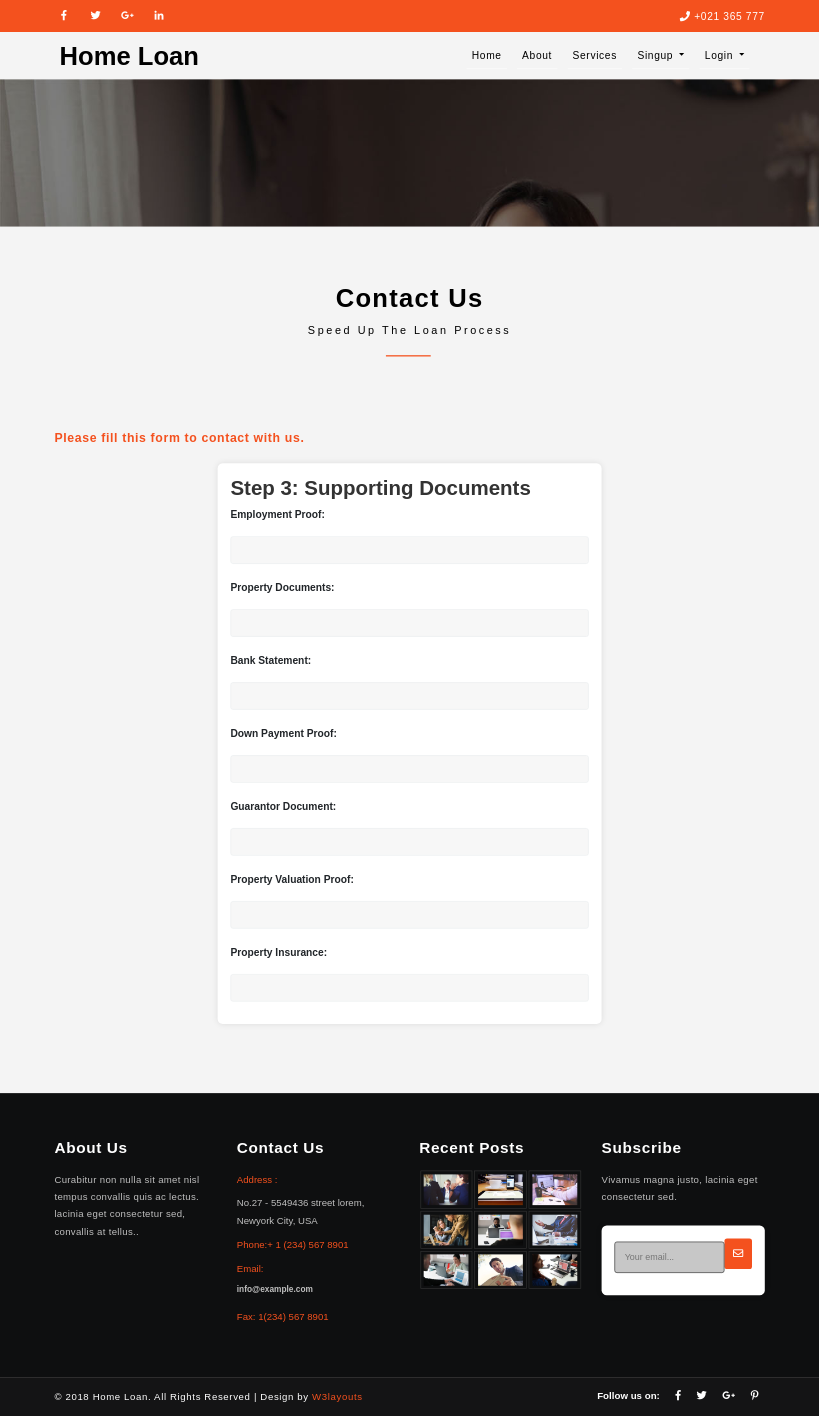
Repository: 72-faisal/Spring-MVC-project
Page: http://localhost/HomeLoan/WEB-INF/views/UserFormForLoanOnline3.jsp
These files come from the project's save history. The page is drawn as it stood at one moment and after the next save; the edit follows.
The browser window is 1280 px wide. The pictures show the whole page, at 64% of full size.
Some web fonts or font styles are not loaded; a fallback is used. The page is served by Tomcat 9. Nobody is signed in. Other server files are loaded and not shown. The template is opened directly, without the code that normally fills it, so the values that code supplies are empty.

Above is the page before, as saved 2023-12-29 11:54:17.

### HomeLoan/src/main/webapp/WEB-INF/views/UserFormForLoanOnline3.jsp
<%@ page language="java" contentType="text/html; charset=ISO-8859-1"
	pageEncoding="ISO-8859-1"%>

<!--
Author: W3layouts
Author URL: http://w3layouts.com
License: Creative Commons Attribution 3.0 Unported
License URL: http://creativecommons.org/licenses/by/3.0/
-->
<!DOCTYPE HTML>
<html lang="zxx">

<head>
<title>Home Loan a Banking Category Flat Bootstrap Responsive
	Website Template | Contact :: w3layouts</title>
<meta name="viewport" content="width=device-width, initial-scale=1">
<meta charset="utf-8">
<meta name="keywords"
	content="Home Loan Responsive web template, Bootstrap Web Templates, Flat Web Templates, Android Compatible web template,
SmartPhone Compatible web template, free WebDesigns for Nokia, Samsung, LG, SonyEricsson, Motorola web design" />
<script>
	addEventListener("load", function() {
		setTimeout(hideURLbar, 0);
	}, false);

	function hideURLbar() {
		window.scrollTo(0, 1);
	}
</script>

<!-- Bootstrap Core CSS -->
<link href="<%=request.getContextPath()%>/resources/css/bootstrap.css"
	rel='stylesheet' type='text/css' />
<link href="<%=request.getContextPath()%>/resources/css/style.css"
	rel='stylesheet' type='text/css' />
<!-- font-awesome icons -->
<link
	href="<%=request.getContextPath()%>/resources/css/fontawesome-all.min.css"
	rel="stylesheet">
<!-- //Custom Theme files -->
<!-- online fonts -->
<!-- titles -->
<link
	href="//fonts.googleapis.com/css?family=Raleway:300,400,500,600,700,800,900"
	rel="stylesheet">
<!-- body -->
<link
	href="//fonts.googleapis.com/css?family=Poppins:400,500,600,700,800"
	rel="stylesheet">
<style type="text/css">
body {
	font-family: 'Arial', sans-serif;
	background-color: #f4f4f4;
	margin: 0;
	padding: 0;
}

form {
	background-color: #fff;
	max-width: 600px;
	margin: 20px auto;
	padding: 20px;
	border-radius: 8px;
	box-shadow: 0 0 10px rgba(0, 0, 0, 0.1);
}

h2 {
	color: #333;
}

label {
	display: block;
	margin-top: 10px;
	font-weight: bold;
}

input {
	width: 100%;
	padding: 10px;
	margin-top: 5px;
	margin-bottom: 15px;
	box-sizing: border-box;
	border: 1px solid #ccc;
	border-radius: 4px;
}

button {
	background-color: #007bff;
	color: #fff;
	border: none;
	padding: 10px 20px;
	border-radius: 4px;
	cursor: pointer;
}

button:hover {
	background-color: #0056b3;
}

/* Style for each step/page */
#step1, #step2, #step3 {
	display: none;
}

/* Common styling for steps */
#step1 h2, #step2 h2, #step3 h2 {
	color: #333;
	border-bottom: 2px solid #ccc;
	padding-bottom: 10px;
	margin-bottom: 20px;
}

/* Responsive styling for small screens */
@media ( max-width : 600px) {
	form {
		margin: 10px;
		padding: 15px;
	}
}
</style>
</head>

<body>

	<!-- header -->
	<header>
		<div class="top">
			<div class="container">
				<div class="t-op row">
					<div class="col-sm-6 top-middle">
						<ul>
							<li><a href="#"><i class="fab fa-facebook-f"></i></a></li>
							<li><a href="#"><i class="fab fa-twitter"></i></a></li>
							<li><a href="#"><i class="fab fa-google-plus-g"></i></a></li>
							<li><a href="#"><i class="fab fa-linkedin-in"></i></a></li>
						</ul>
					</div>
					<div class="col-sm-6 top-left">
						<ul>
							<li><i class="fas fa-phone"></i> +021 365 777</li>
						</ul>
					</div>
				</div>
			</div>
		</div>
		<div class="container">
			<nav class="navbar navbar-expand-lg navbar-light">
				<h1>
					<a class="navbar-brand text-capitalize" href=index> Home Loan </a>
				</h1>
				<button class="navbar-toggler" type="button" data-toggle="collapse"
					data-target="#navbarSupportedContent"
					aria-controls="navbarSupportedContent" aria-expanded="false"
					aria-label="Toggle navigation">
					<span class="navbar-toggler-icon"></span>
				</button>

				<div class="collapse navbar-collapse" id="navbarSupportedContent">
					<ul class="navbar-nav text-center  ml-lg-auto">
						<li class="nav-item mr-3"><a class="nav-link" href=index>Home
								<span class="sr-only">(current)</span>
						</a></li>
						<li class="nav-item  mr-3"><a class="nav-link" href="about">About</a>
						</li>
						<li class="nav-item  mr-3"><a class="nav-link"
							href="services">Services</a></li>
						<li class="nav-item dropdown mr-3"><a
							class="nav-link dropdown-toggle" href="#" id="navbarDropdown"
							role="button" data-toggle="dropdown" aria-haspopup="true"
							aria-expanded="false"> Singup </a>
							<div class="dropdown-menu" aria-labelledby="navbarDropdown">
								<a class="dropdown-item" href="UserRegister">Register</a>
								<!-- <a class="dropdown-item" href="gallery">Gallery</a> -->
							</div></li>
						<li class="nav-item dropdown mr-3"><a
							class="nav-link dropdown-toggle" href="#" id="navbarDropdown"
							role="button" data-toggle="dropdown" aria-haspopup="true"
							aria-expanded="false"> Login </a>
							<div class="dropdown-menu" aria-labelledby="navbarDropdown">
								<a class="dropdown-item" href="UserLogin">Login</a>
								<!-- <a class="dropdown-item" href="gallery">Gallery</a> -->
							</div></li>
						<!-- 	<li class="nav-item active"><a class="nav-link"
							href="contact">contact</a></li> -->
					</ul>
				</div>
			</nav>
		</div>
	</header>
	<!-- //header -->
	<!-- banner -->
	<section class="banner-1"></section>
	<!-- //banner -->
	<!--/contact-->
	<section class="contact py-5">
		<div class="container py-md-4 mt-md-3">
			<h2 class="heading-agileinfo">
				Contact Us<span>Speed Up The Loan Process</span>
			</h2>
			<span class="w3-line black"></span>
			<div class="inner-sec-w3layouts-agileinfo mt-md-5 pt-5">

				<div class="contact_grid_right mt-5">
					<h6>Please fill this form to contact with us.</h6>
					<form action="UploadDocuments" method="post"
						enctype="multipart/form-data">
						<!-- Step 3: Supporting Documents -->
						<h2>Step 3: Supporting Documents</h2>
						<label for="emp_proof">Employment Proof:</label> <input
							type="text" id="emp_proof" name="emp_proof" required> <label
							for="property_documents">Property Documents:</label> <input
							type="text" id="property_documents" name="property_documents"
							required> <label for="bank_statment">Bank
							Statement:</label> <input type="text" id="bank_statment"
							name="bank_statment" required> <label for="dp_proof">Down
							Payment Proof:</label> <input type="text" id="dp_proof" name="dp_proof"
							required> <label for="guarantor_document">Guarantor
							Document:</label> <input type="text" id="guarantor_document"
							name="guarantor_document" required> <label
							for="property_valuation_proof">Property Valuation Proof:</label>
						<input type="text" id="property_valuation_proof"
							name="property_valuation_proof" required> <label
							for="property_insurance">Property Insurance:</label> <input
							type="text" id="property_insurance" name="property_insurance"
							required>

					</form>
				</div>
			</div>
		</div>
	</section>
	<!--//contact-->
	<!--footer-->
	<footer>
		<div class="container py-md-4 mt-md-3">
			<div class="row footer-top-w3layouts-agile py-5">
				<div class="col-lg-3 col-md-6 col-sm-6 footer-grid">
					<div class="footer-title">
						<h3>About Us</h3>
					</div>
					<div class="footer-text">
						<p>Curabitur non nulla sit amet nisl tempus convallis quis ac
							lectus. lacinia eget consectetur sed, convallis at tellus..</p>

					</div>
				</div>
				<div class="col-lg-3 col-md-6 col-sm-6 footer-grid">
					<div class="footer-title">
						<h3>Contact Us</h3>
					</div>
					<div class="footer-office-hour">
						<ul>
							<li class="hd">Address :</li>
							<li>No.27 - 5549436 street lorem, Newyork City, USA</li>

						</ul>
						<ul>
							<li class="hd">Phone:+ 1 (234) 567 8901</li>
							<li class="hd">Email: <a href="mailto:info@example.com">info@example.com</a>
							</li>
							<li class="hd">Fax: 1(234) 567 8901</li>
						</ul>
					</div>
				</div>
				<div class="col-lg-3 col-md-6 col-sm-6 footer-grid">
					<div class="footer-title">
						<h3>Recent Posts</h3>
					</div>
					<div class="footer-list">
						<div class="flickr-grid">
							<a href="#" data-toggle="modal" data-target="#myModal"> <img
								src="<%=request.getContextPath()%>/resources/images/g1.jpg"
								class="img-fluid" alt=" ">
							</a>
						</div>
						<div class="flickr-grid">
							<a href="#" data-toggle="modal" data-target="#myModal"> <img
								src="<%=request.getContextPath()%>/resources/images/g2.jpg"
								class="img-fluid" alt=" ">
							</a>
						</div>
						<div class="flickr-grid">
							<a href="#" data-toggle="modal" data-target="#myModal"> <img
								src="<%=request.getContextPath()%>/resources/images/g3.jpg"
								class="img-fluid" alt=" ">
							</a>
						</div>
						<div class="flickr-grid">
							<a href="#" data-toggle="modal" data-target="#myModal"> <img
								src="<%=request.getContextPath()%>/resources/images/g4.jpg"
								class="img-fluid" alt=" ">
							</a>
						</div>
						<div class="flickr-grid">
							<a href="#" data-toggle="modal" data-target="#myModal"> <img
								src="<%=request.getContextPath()%>/resources/images/g5.jpg"
								class="img-fluid" alt=" ">
							</a>
						</div>
						<div class="flickr-grid">
							<a href="#" data-toggle="modal" data-target="#myModal"> <img
								src="<%=request.getContextPath()%>/resources/images/g6.jpg"
								class="img-fluid" alt=" ">
							</a>
						</div>
						<div class="flickr-grid">
							<a href="#" data-toggle="modal" data-target="#myModal"> <img
								src="<%=request.getContextPath()%>/resources/images/g7.jpg"
								class="img-fluid" alt=" ">
							</a>
						</div>
						<div class="flickr-grid">
							<a href="#" data-toggle="modal" data-target="#myModal"> <img
								src="<%=request.getContextPath()%>/resources/images/g9.jpg"
								class="img-fluid" alt=" ">
							</a>
						</div>
						<div class="flickr-grid">
							<a href="#" data-toggle="modal" data-target="#myModal"> <img
								src="<%=request.getContextPath()%>/resources/images/g8.jpg"
								class="img-fluid" alt=" ">
							</a>
						</div>
						<div class="clearfix"></div>
					</div>
				</div>
				<div class="col-lg-3 col-md-6 col-sm-6 footer-grid">
					<div class="footer-title">
						<h3>Subscribe</h3>
					</div>
					<p>Vivamus magna justo, lacinia eget consectetur sed.</p>
					<form action="#" method="post" class="newsletter">
						<input class="email" type="email" placeholder="Your email..."
							required="">
						<button class="btn1">
							<i class="far fa-envelope"></i>
						</button>
					</form>
					<div class="clearfix"></div>
				</div>
			</div>
		</div>
	</footer>
	<!---->
	<div class="copyright py-3">
		<div class="container">
			<div class="copyrighttop">
				<ul>
					<li>
						<h4>Follow us on:</h4>
					</li>
					<li><a class="facebook" href="#"> <i
							class="fab fa-facebook-f"></i>
					</a></li>
					<li><a class="facebook" href="#"> <i
							class="fab fa-twitter"></i>
					</a></li>
					<li><a class="facebook" href="#"> <i
							class="fab fa-google-plus-g"></i>
					</a></li>
					<li><a class="facebook" href="#"> <i
							class="fab fa-pinterest-p"></i>
					</a></li>
				</ul>
			</div>
			<div class="copyrightbottom">
				<p>
					© 2018 Home Loan. All Rights Reserved | Design by <a
						href="http://w3layouts.com/">W3layouts</a>
				</p>
			</div>
			<div class="clearfix"></div>
		</div>
	</div>
	<!-- Modal -->
	<div class="modal fade" id="myModal" tabindex="-1" role="dialog"
		aria-labelledby="exampleModalCenterTitle" aria-hidden="true">
		<div class="modal-dialog modal-dialog-centered" role="document">
			<div class="modal-content">
				<div class="modal-header">
					<h4 class="modal-title">Home Loan</h4>
					<button type="button" class="close" data-dismiss="modal"
						aria-label="Close">
						<span aria-hidden="true">&times;</span>
					</button>
				</div>
				<div class="modal-body">
					<div class="agileits-w3layouts-info">
						<img src="<%=request.getContextPath()%>/resources/images/g6.jpg"
							class="img-fluid" alt="" />
						<p>Duis venenatis, turpis eu bibendum porttitor, sapien quam
							ultricies tellus, ac rhoncus risus odio eget nunc. Pellentesque
							ac fermentum diam. Integer eu facilisis nunc, a iaculis felis.
							Pellentesque pellentesque tempor enim, in dapibus turpis
							porttitor quis.</p>
					</div>
				</div>
				<div class="modal-footer">
					<button type="button" class="btn btn-secondary"
						data-dismiss="modal">Close</button>
					<button type="button" class="btn btn-primary">Save changes</button>
				</div>
			</div>
		</div>
	</div>
	<!-- //Modal -->
	<!-- js-->
	<script
		src="<%=request.getContextPath()%>/resources/js/jquery-2.2.3.min.js"></script>
	<!-- js-->
	<!-- Bootstrap Core JavaScript -->
	<script src="<%=request.getContextPath()%>/resources/js/bootstrap.js ">

	</script>
	<!-- //Bootstrap Core JavaScript -->
</body>
</html>

Loaded but not shown: HomeLoan/src/main/webapp/WEB-INF/resources/assets/css/bootstrap.css (library); HomeLoan/src/main/webapp/WEB-INF/resources/assets/css/fontawesome-all.min.css (library); HomeLoan/src/main/webapp/WEB-INF/resources/assets/js/jquery-2.2.3.min.js (library); HomeLoan/src/main/webapp/WEB-INF/resources/assets/js/bootstrap.js (library); HomeLoan/src/main/webapp/WEB-INF/resources/assets/css/style.css (2094 lines, source omitted)

After the next save:
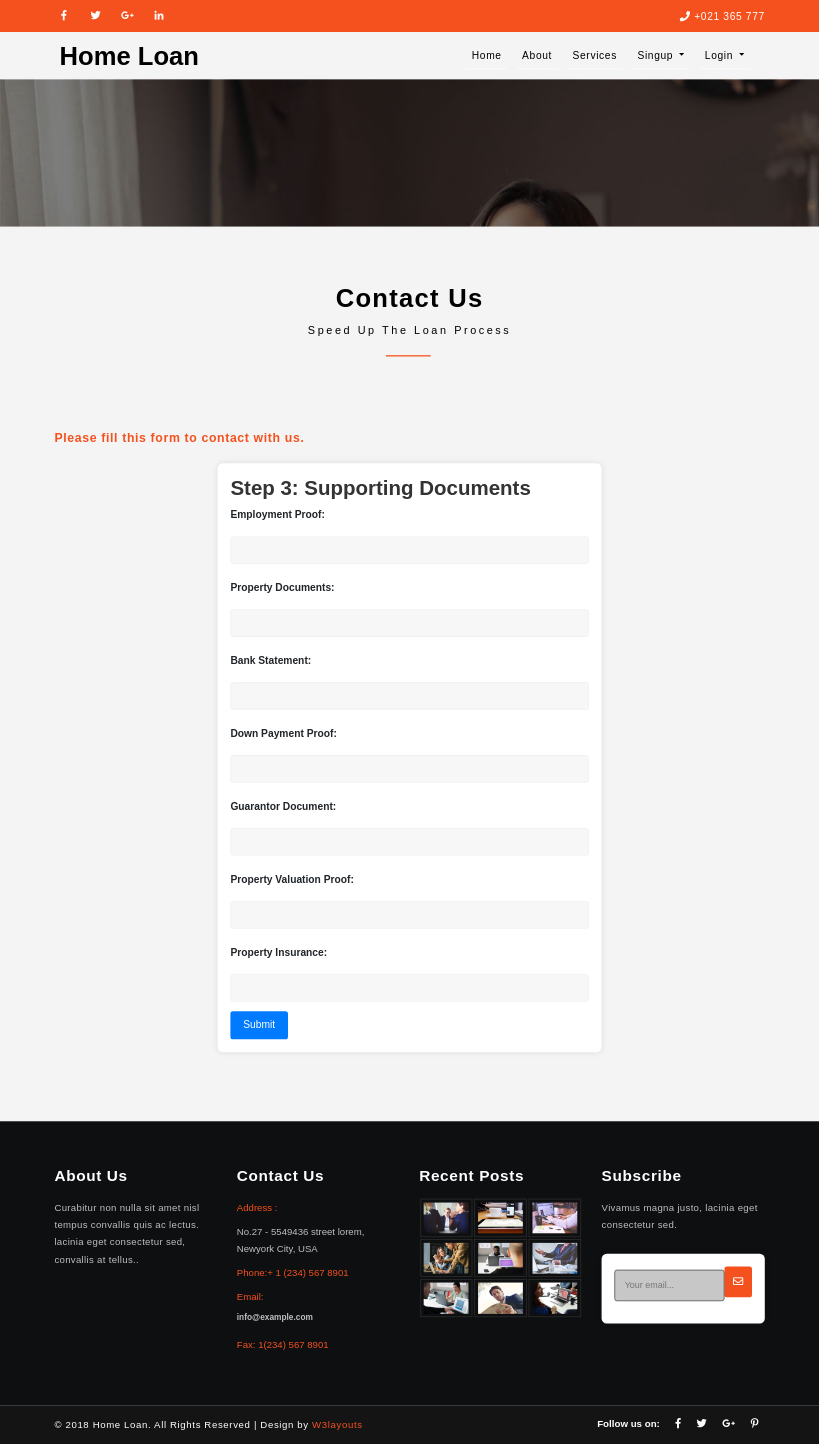
Saved 28 s later.
--- a/HomeLoan/src/main/webapp/WEB-INF/views/UserFormForLoanOnline3.jsp
+++ b/HomeLoan/src/main/webapp/WEB-INF/views/UserFormForLoanOnline3.jsp
@@ -223,6 +223,11 @@ button:hover {
 							for="property_insurance">Property Insurance:</label> <input
 							type="text" id="property_insurance" name="property_insurance"
 							required>
+							 <button type="submit">Submit</button>
+    </div>
+
+    <!-- Hidden input to track the current step -->
+    <input type="hidden" name="currentStep" value="3">
 
 					</form>
 				</div>
